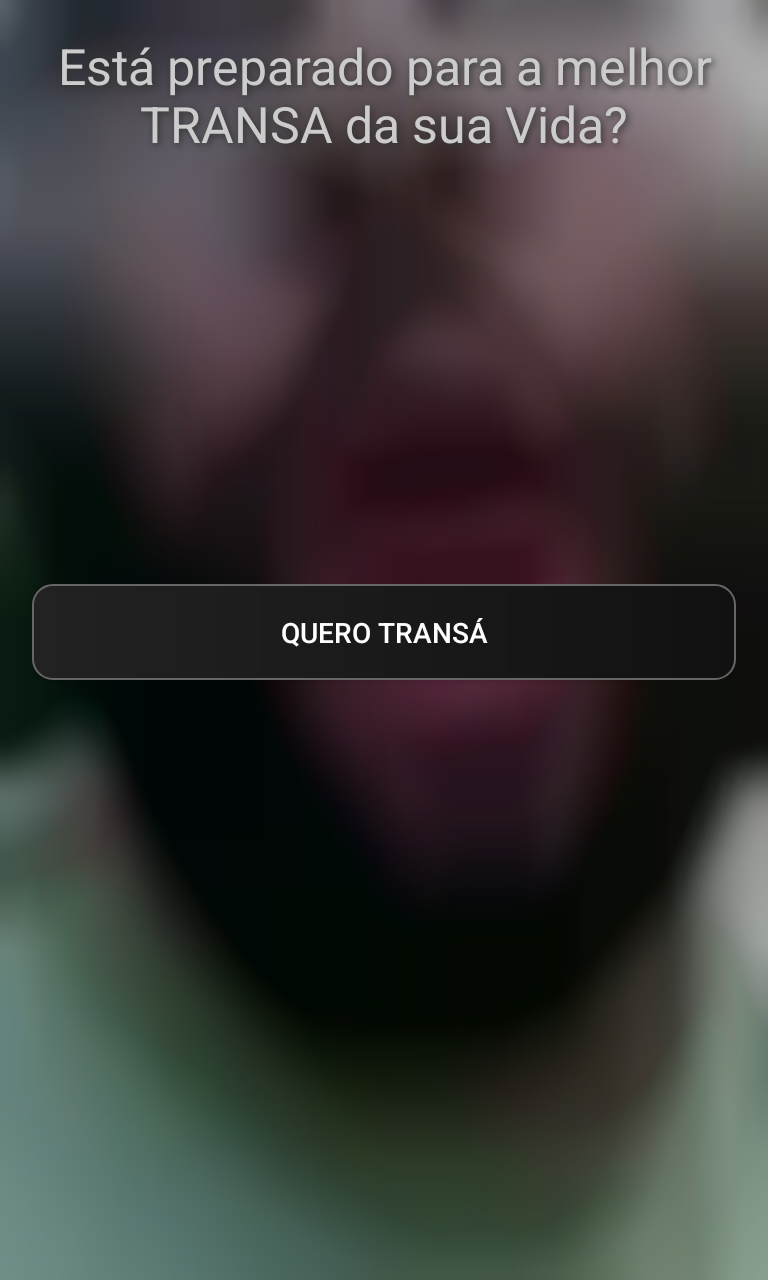
Repository: Cookahn/bioca_sounds
Layout: ChicoBiocaApp/res/layout/activity_main.xml
These files come from the project's save history. The layout is drawn as it stood at one moment and after the next save; the edit follows.
It is drawn on a 768 x 1280 px phone screen (xhdpi) without system bars, with theme AppTheme; the app's code is not run.

Above is the layout before, as saved 2014-08-12 15:05:57.

### ChicoBiocaApp/res/layout/activity_main.xml
<LinearLayout xmlns:android="http://schemas.android.com/apk/res/android"
    xmlns:tools="http://schemas.android.com/tools"
    android:layout_width="match_parent"
    android:layout_height="match_parent"
    android:background="@drawable/backgroundtofuck"
    android:orientation="vertical"
    android:paddingBottom="@dimen/activity_vertical_margin"
    android:paddingLeft="@dimen/activity_horizontal_margin"
    android:paddingRight="@dimen/activity_horizontal_margin"
    android:paddingTop="@dimen/activity_vertical_margin"
    tools:context="com.example.chicobiocaapp.MainActivity$PlaceholderFragment" >

    <TextView
        android:layout_width="wrap_content"
        android:layout_height="wrap_content"
        android:gravity="center_horizontal"
        android:text="@string/are_you_ready"
        android:textColor="#ccc"
        android:shadowColor="#333"
        android:shadowDx="2"
        android:shadowDy="2"
        android:shadowRadius="6"
        android:textSize="25sp" />

    <LinearLayout
        android:layout_width="match_parent"
        android:layout_height="match_parent"
        android:gravity="center_vertical"
        android:orientation="vertical" >

        <Button
            android:id="@+id/i_want_to_fuck"
            android:layout_width="match_parent"
            android:layout_height="wrap_content"
            android:layout_gravity="center"
            android:layout_marginBottom="70dp"
            android:background="@drawable/button_to_fuck"
            android:text="@string/i_want_to_fuck"
            android:textColor="#fff" />
    </LinearLayout>

</LinearLayout>

### ChicoBiocaApp/res/values/strings.xml
<?xml version="1.0" encoding="utf-8"?>
<resources>

    <string name="app_name">Chico Bioca Remix</string>
    <string name="are_you_ready">Está preparado para a melhor TRANSA da sua Vida?</string>
    <string name="action_settings">Settings</string>
    <string name="i_want_to_fuck">Quero Transá</string>

</resources>

### ChicoBiocaApp/res/drawable-mdpi/button_to_fuck.xml
<?xml version="1.0" encoding="utf-8"?>
<shape xmlns:android="http://schemas.android.com/apk/res/android"
    android:padding="10dp"

    android:shape="rectangle" >

    <gradient android:startColor="#222" android:endColor="#111"/>
	<stroke android:width="1dp" android:color="#666" />
    <corners
        android:bottomLeftRadius="10dp"
        android:bottomRightRadius="10dp"
        android:topLeftRadius="10dp"
        android:topRightRadius="10dp" />

</shape>

Loaded but not shown: ChicoBiocaApp/res/values/styles.xml (common file); ChicoBiocaApp/res/values-v11/styles.xml (common file); ChicoBiocaApp/res/values-v14/styles.xml (common file); ChicoBiocaApp/res/values/dimens.xml (common file); ChicoBiocaApp/res/values-w820dp/dimens.xml (common file)

After the next save:
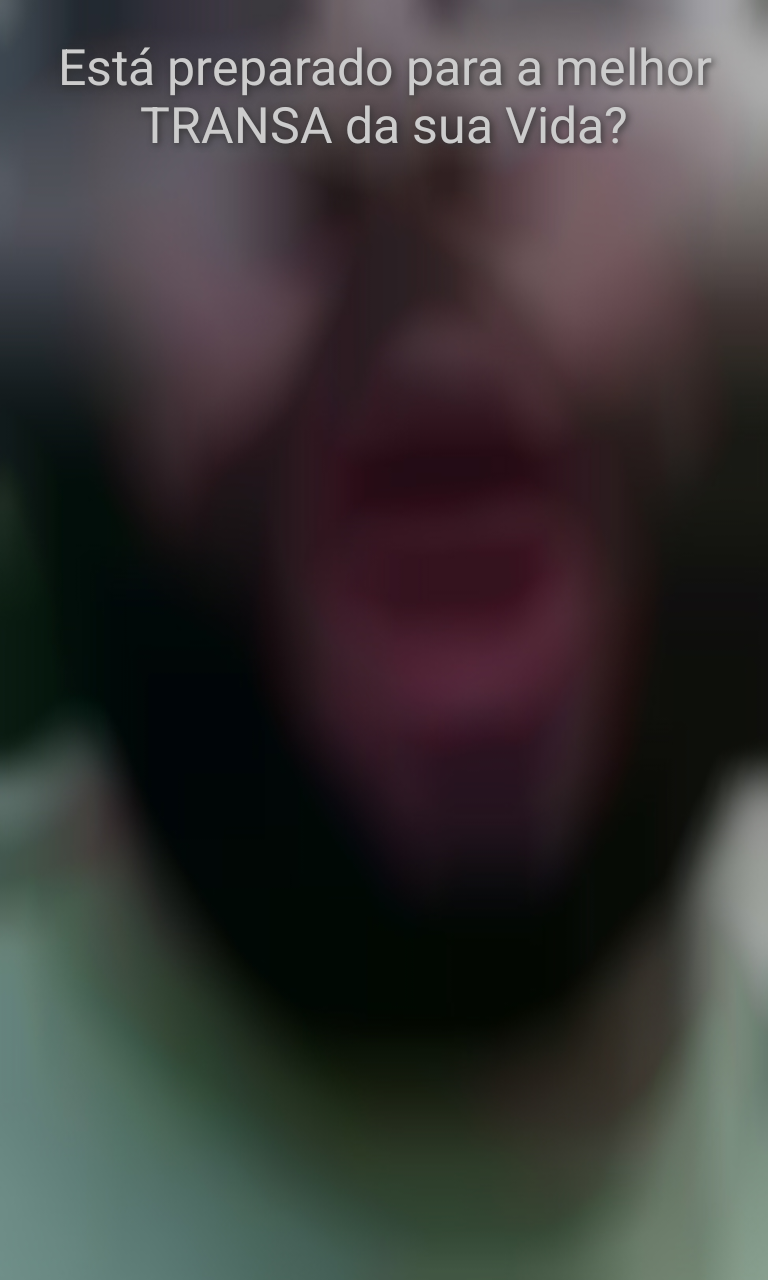
Saved 59 min 57 s later.
--- a/ChicoBiocaApp/res/layout/activity_main.xml
+++ b/ChicoBiocaApp/res/layout/activity_main.xml
@@ -28,6 +28,10 @@
         android:gravity="center_vertical"
         android:orientation="vertical" >
 
+        <ImageView
+                    android:layout_width="match_parent"
+        android:layout_height="match_parent"/>
+
         <Button
             android:id="@+id/i_want_to_fuck"
             android:layout_width="match_parent"

After the 2 saves that followed:
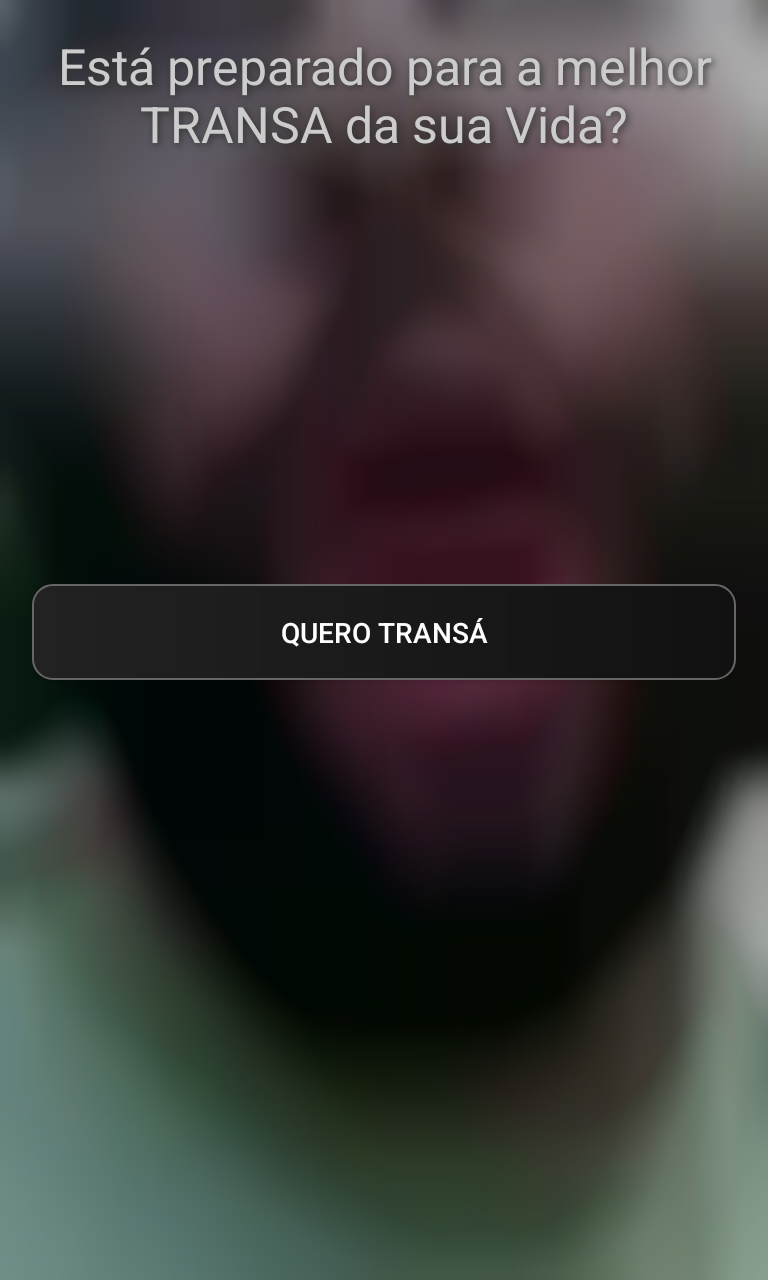
The 2 saves are shown as one change because they came seconds apart.
The last was saved 8 s later.
--- a/ChicoBiocaApp/res/layout/activity_main.xml
+++ b/ChicoBiocaApp/res/layout/activity_main.xml
@@ -14,12 +14,12 @@
         android:layout_width="wrap_content"
         android:layout_height="wrap_content"
         android:gravity="center_horizontal"
-        android:text="@string/are_you_ready"
-        android:textColor="#ccc"
         android:shadowColor="#333"
         android:shadowDx="2"
         android:shadowDy="2"
         android:shadowRadius="6"
+        android:text="@string/are_you_ready"
+        android:textColor="#ccc"
         android:textSize="25sp" />
 
     <LinearLayout
@@ -29,8 +29,8 @@
         android:orientation="vertical" >
 
         <ImageView
-                    android:layout_width="match_parent"
-        android:layout_height="match_parent"/>
+            android:layout_width="wrap_content"
+            android:layout_height="wrap_content" />
 
         <Button
             android:id="@+id/i_want_to_fuck"
